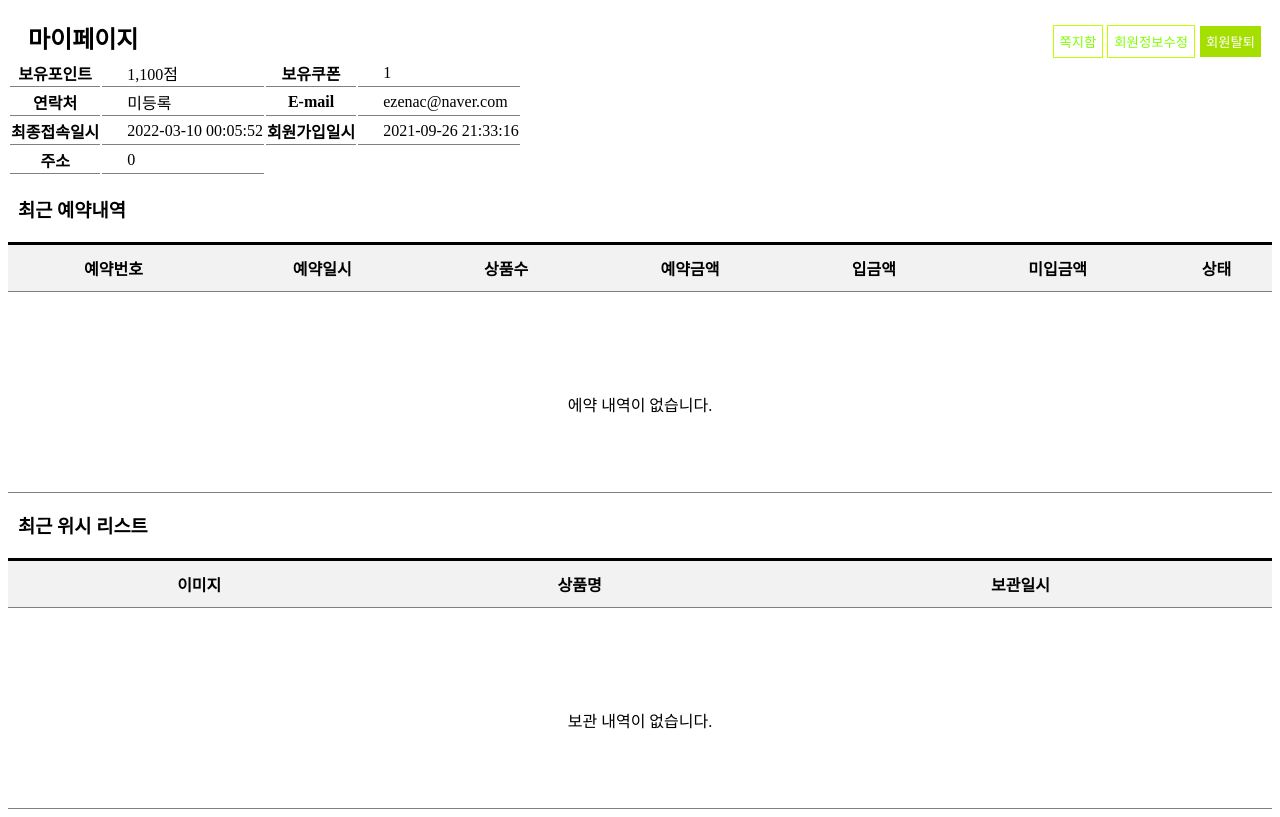
Repository: ks12b0000/JSP-School-Class
Page: chap10_JSP/src/main/webapp/Test/myPage.html
An editor plug-in stored every save of this project. The page is shown before and after the next save, followed by the edit.
The browser window is 1280 px wide. The pictures show the whole page.

Above is the page before, as saved 2022-06-04 11:36:48.

After the next save:
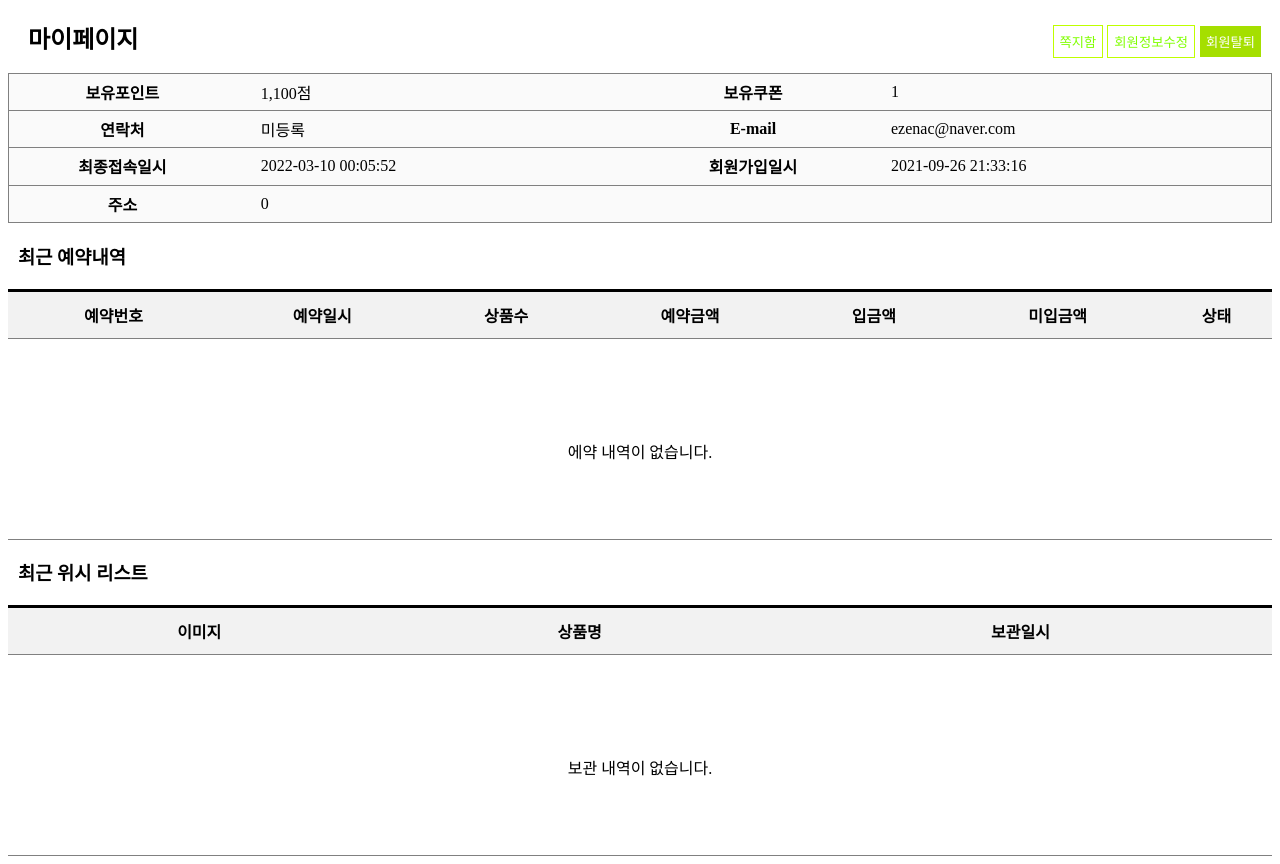
Saved 55 s later.
--- a/chap10_JSP/src/main/webapp/Test/loginWrite.css
+++ b/chap10_JSP/src/main/webapp/Test/loginWrite.css
@@ -162,7 +162,7 @@
 		color: white;
 		padding: 6px;
 	}
-	.Profile {
+	.Profile111 {
 		border: 1px solid gray;
 		border-collapse: collapse;
 		margin-top: 15px;
